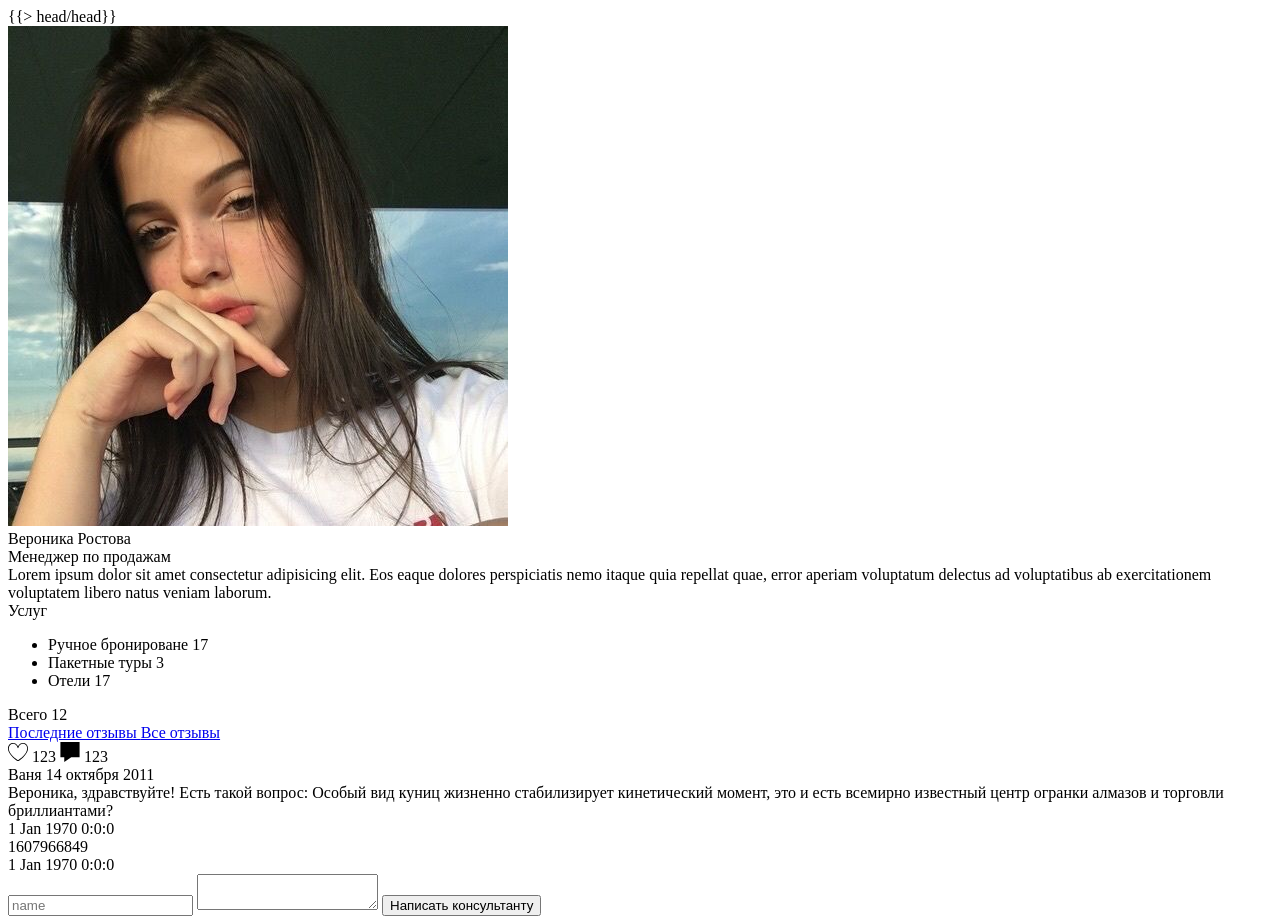
Repository: NuclMe/091220201051
Page: src/index.html
An editor plug-in stored every save of this project. The page is shown before and after the next save, followed by the edit.
The browser window is 1280 px wide. The pictures show the whole page.

Above is the page before, as saved 2020-12-14 18:26:48.

### src/index.html
<!DOCTYPE html>
<html lang="en">
<title>index</title>

<head>
    {{> head/head}}
</head>

<body>
    <div class="wrapper">
        <div class="container">
            <main>
                <div class="user-wrapper">
                    <a href="#" class="user-img">
                        <img src="../img/girl.jpg" alt="">
                    </a>
                    <div class="info-wrapper">
                        <div class="user-info">
                            <div class="title">
                                <div class="name"> Вероника Ростова</div>
                                <div class="user-job"> Менеджер по продажам </div>
                            </div>
                            <div class="description">

                                Lorem ipsum dolor sit amet consectetur adipisicing elit. Eos eaque dolores perspiciatis
                                nemo itaque quia repellat quae, error aperiam voluptatum delectus ad voluptatibus ab
                                exercitationem voluptatem libero natus veniam laborum.

                            </div>
                        </div>

                    </div>
                </div>
                <div class="user-data">
                  <div class="user-inner">
                        <div class="title">
                            Услуг
                        </div>
                        <ul class="services">
                            <li class="item">
                                <span class="raiting"> Ручное бронироване</span>
                                <span class="count"> 17</span>
                            </li>
                            <li class="item">
                                <span class="raiting"> Пакетные туры</span>
                                <span class="count"> 3</span>
                            </li>
                            <li class="item">
                                <span class="raiting"> Отели</span>
                                <span class="count"> 17</span>
                            </li>
                        </ul>
                        <div class="total-count">
                            <span class="total-users"> Всего </span>
                            <span class="total-number"> 12</span>
                        </div>
                  </div>
                </div>

                <div class="comments-wrapper">
                    <div class="headline">
                        <div class="tabs">
                            <a href="#">
                                Последние отзывы
                            </span>
                            <a href ='#' class="active">
                                Все отзывы
                            </a>

                        </div>
                        <div class='total-reactions'>
                            <span>
                                <svg version="1.1" xmlns="http://www.w3.org/2000/svg" width="20px" height="20px"
                                    viewBox="0 0 1040 1024">
                                    <path
                                        d="M520 985.573c-3.749 0-7.496-0.975-10.855-2.925-5.179-2.99-128.116-74.686-253.026-190.192-169.955-157.15-256.124-312.437-256.124-461.526 0-200.961 136.046-292.503 262.451-292.503 97.48 0 206.486 55.727 257.554 178.297 51.069-122.57 160.097-178.297 257.554-178.297 126.405 0 262.451 91.542 262.451 292.503 0 149.090-86.17 304.377-256.124 461.526-124.91 115.506-247.848 187.223-253.026 190.192-3.359 1.95-7.106 2.925-10.855 2.925zM262.446 81.759c-105.54 0-219.117 77.98-219.117 249.169 0 300.368 404.608 563.252 476.671 607.67 71.999-44.439 476.671-307.518 476.671-607.67 0-171.191-113.578-249.169-219.117-249.169-96.916 0-207.569 66.344-236.278 214.567-1.971 10.184-10.899 17.55-21.277 17.55s-19.305-7.366-21.277-17.55c-28.709-148.202-139.361-214.567-236.278-214.567z">
                                    </path>
                                </svg>
                                <span>
                                    123
                                </span>
                            </span>
                            <span>
                                <svg version="1.1" xmlns="http://www.w3.org/2000/svg" width="20" height="20" viewBox="0 0 1008 1024">
                                    <path  d="M209.606 1024l358.179-238.95h426.871v-785.050h-981.312v785.050h196.263v238.95z"></path>
                                    </svg>
                                <span>
                                    123
                                </span>
                            </span>
                        </div>
                    </div>
                    <div class="comment-wrapper">
                        <div class="header">
                            <span class="name">
                                Ваня
                            </span>
                            <span class="date">
                                14 октября 2011
                            </span>
                        </div>
                        <div class="comment-inner">
                            Вероника, здравствуйте! Есть такой вопрос: Особый вид куниц жизненно стабилизирует кинетический
                            момент, это и есть всемирно известный центр огранки алмазов и торговли бриллиантами?
                        </div>
                  </div>
                  <div id="comment-wrapper" class="comment-wrapper"></div>
                </div>
            </main>
            <footer>
                <div class="footer-inner">
                    <form action="#" class="send-comment">
                        <input type="text" placeholder="name" id="name">
                        <textarea name="comment" id="comment-text"></textarea>

                        <button id="messauge">
                            Написать консультанту
                        </button>
                    </form>
                </div>
            </footer>
        </div>
        <script src="/js/main.js"></script>
    </div>
</body>

</html>

### src/js/main.js

let comments = [];

document.addEventListener("DOMContentLoaded", function(e) {

    let name = document.getElementById('name');
    let textarea = document.getElementById('name')

    let comment = {
      name: name.value,
      body: textarea.value,
      time: Math.floor(Date.now() / 1000)
    };

    name.value = '';
    textarea.value = '';

    comments.push(comment);
    saveComments();
    showComments();



  });


  function saveComments(){
    localStorage.setItem('comments', JSON.stringify(comments));
  }

  function loadComments(){
    if(localStorage.getItem('comments')) comments = JSON.parse(localStorage.getItem('comments'));
    showComments();
  }


  function showComments(){
    let commentField = document.getElementById('comment-wrapper');
    let out = '';
    comments.forEach(function(item){
      out += `<div class='name'>${timeConverter(item.name)}</div>`;
      out += `<div class='date'>${item.time}</div>`;
      out += `<div class='comment-inner'>${timeConverter(item.body)}</div>`;
    });
    commentField.innerHTML = out;
  }

  function timeConverter(UNIX_timestamp){
    var a = new Date(UNIX_timestamp * 1000);
    var months = ['Jan','Feb','Mar','Apr','May','Jun','Jul','Aug','Sep','Oct','Nov','Dec'];
    var year = a.getFullYear();
    var month = months[a.getMonth()];
    var date = a.getDate();
    var hour = a.getHours();
    var min = a.getMinutes();
    var sec = a.getSeconds();
    var time = date + ' ' + month + ' ' + year + ' ' + hour + ':' + min + ':' + sec ;
    return time;
  }

After the next save:
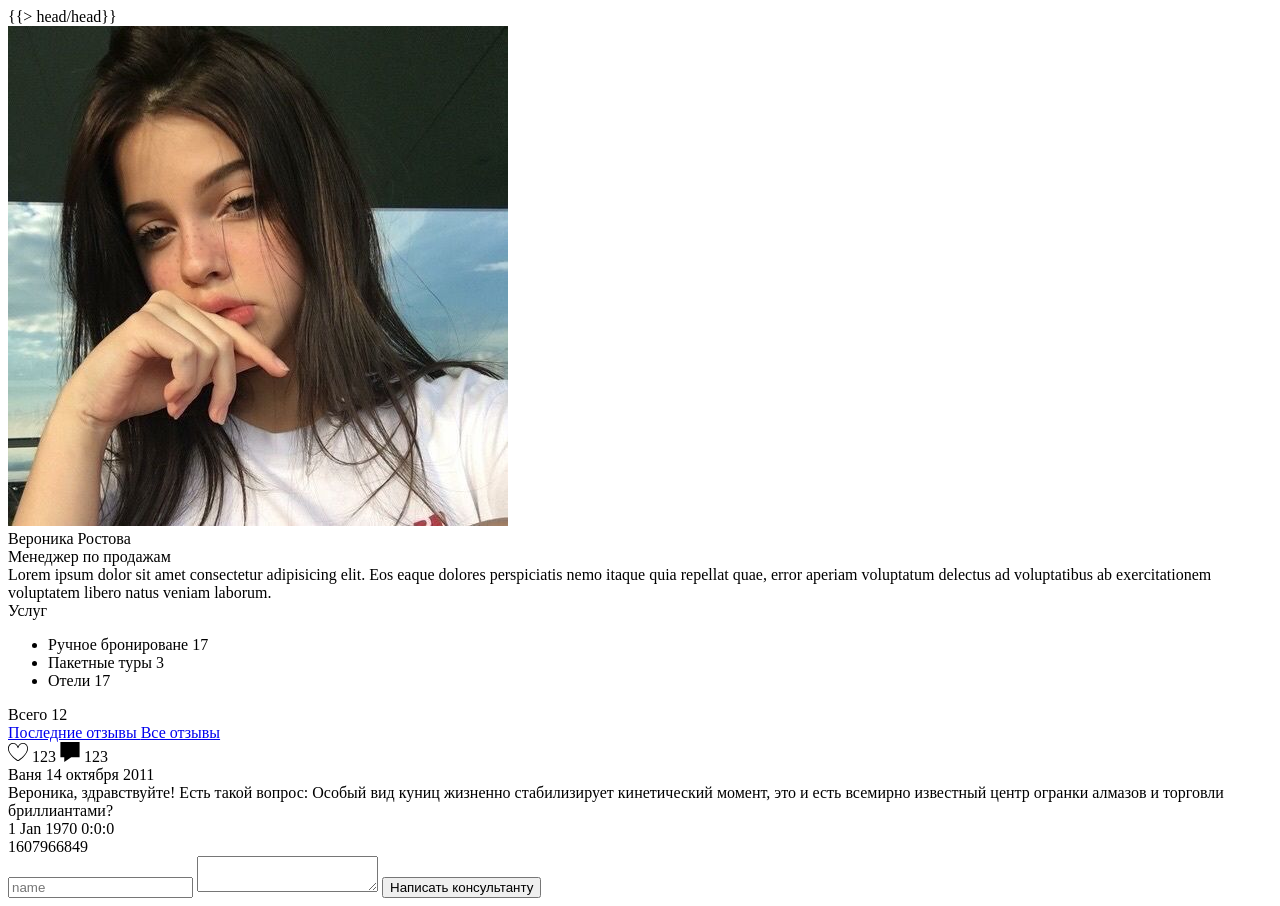
Saved 13 s later.
--- a/src/js/main.js
+++ b/src/js/main.js
@@ -40,7 +40,7 @@ document.addEventListener("DOMContentLoaded", function(e) {
     comments.forEach(function(item){
       out += `<div class='name'>${timeConverter(item.name)}</div>`;
       out += `<div class='date'>${item.time}</div>`;
-      out += `<div class='comment-inner'>${timeConverter(item.body)}</div>`;
+      out += `<div class='comment-inner'>${item.body}</div>`;
     });
     commentField.innerHTML = out;
   }
